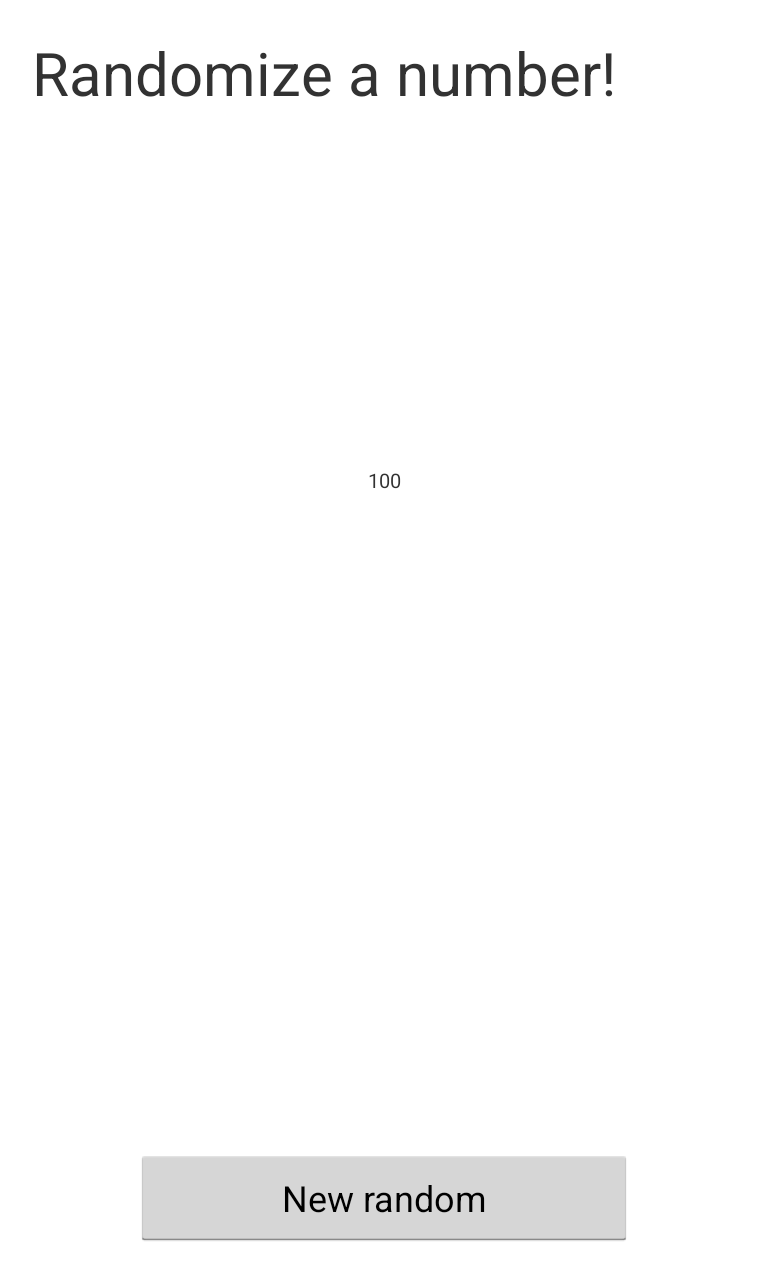
Repository: me222rs/AndroidLab1
Layout: Lab1/res/layout/activity_main.xml
These files come from the project's save history. The layout is drawn as it stood at one moment and after the next save; the edit follows.
It is drawn on a 768 x 1280 px phone screen (xhdpi) without system bars, with theme AppTheme; the app's code is not run.

Above is the layout before, as saved 2014-11-17 10:03:58.

After the next save:
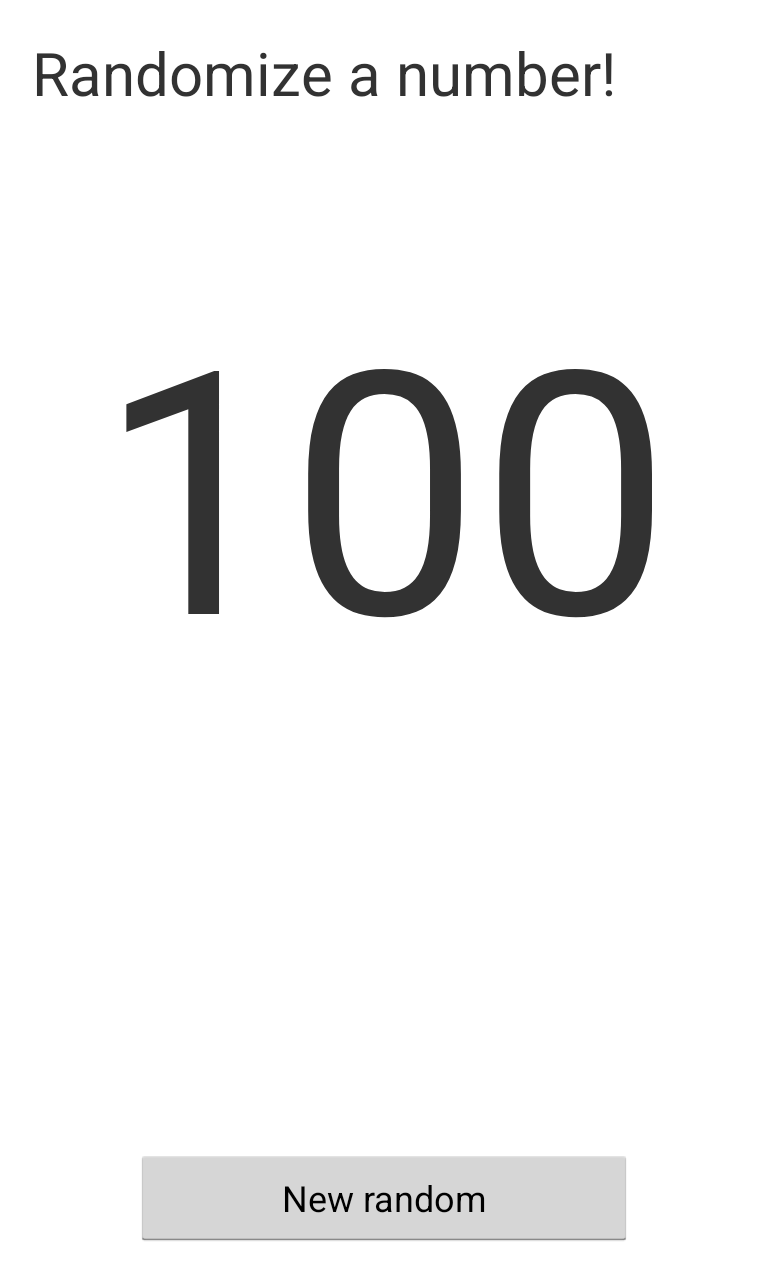
Saved 39 s later.
--- a/Lab1/res/layout/activity_main.xml
+++ b/Lab1/res/layout/activity_main.xml
@@ -28,7 +28,7 @@
         android:layout_height="0dp"
         android:layout_weight="1"
         android:text="100"
-        android:textSize="10sp"
+        android:textSize="170sp"
         android:gravity="center"
         />
 
